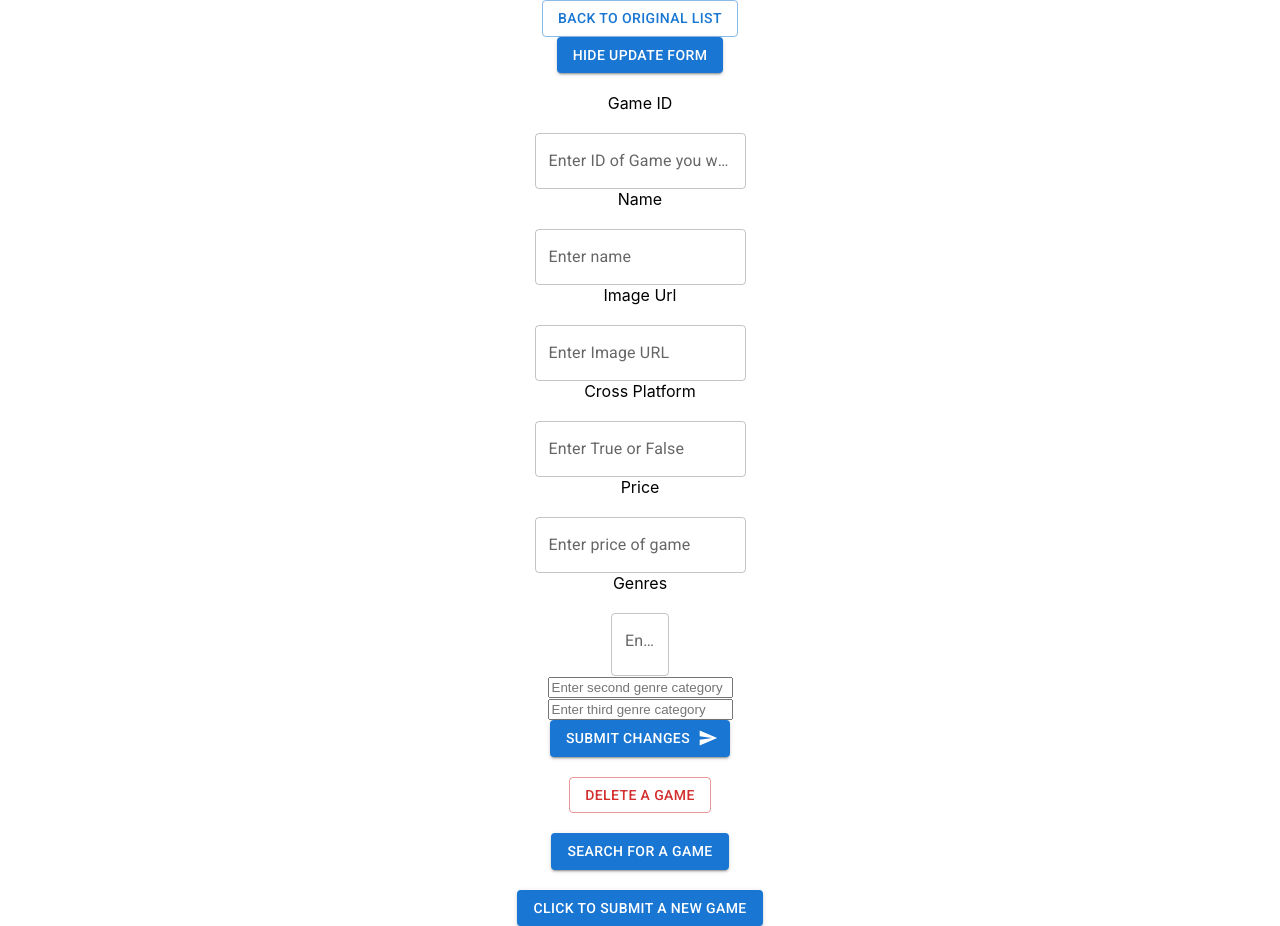
Repository: The-Software-Guild/assessment-2-react-nj10deadend
Page: / (app in Part-2/React-section/frontend/), after clicking the first element matching `button.MuiButton-contained`
The author's editor kept a copy of each file at every save. The page is drawn from the files as they stood at one save, then again after the next save.
The browser window is 1280 px wide. The pictures show the whole page.
The page's requests for data from a server got no answer. The project was rebuilt for these pictures with package versions that can differ from the ones it lists, and the page was loaded fresh each time. No one was signed in, and anything a server would have sent is missing. Also part of the build but not shown: Part-2/React-section/frontend/src/components/GameCards.js.

Above is the page before, as saved 2021-12-19 22:33:23.

After the next save:
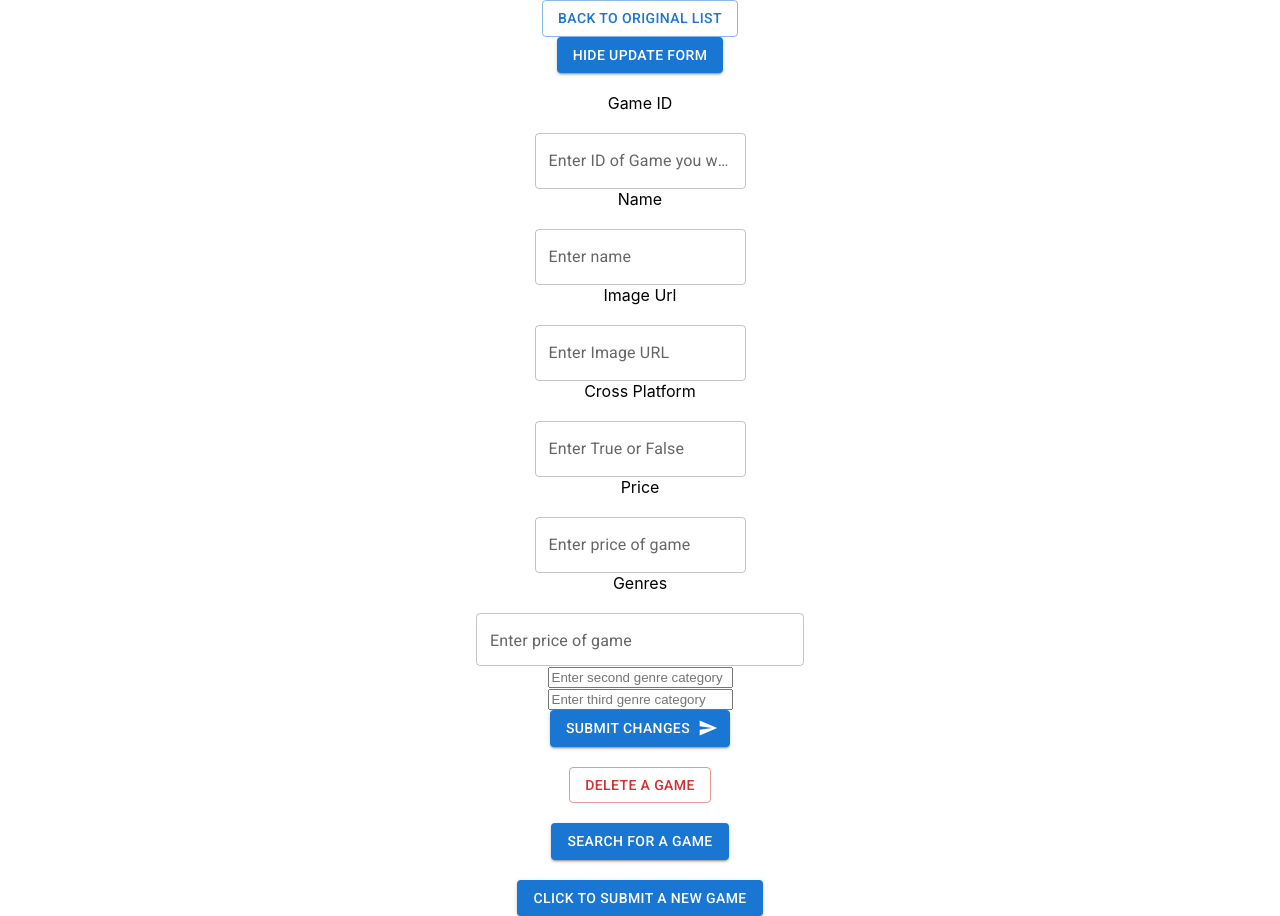
Saved 12 s later.
--- a/Part-2/React-section/frontend/src/index.css
+++ b/Part-2/React-section/frontend/src/index.css
@@ -25,6 +25,6 @@ code {
   border-top: 1px dotted lightblue;
 }
 #outlined-basic6 {
-  height: 30px;
-  width: 30px;
+  height: 20px;
+  width: 300px;
 }
